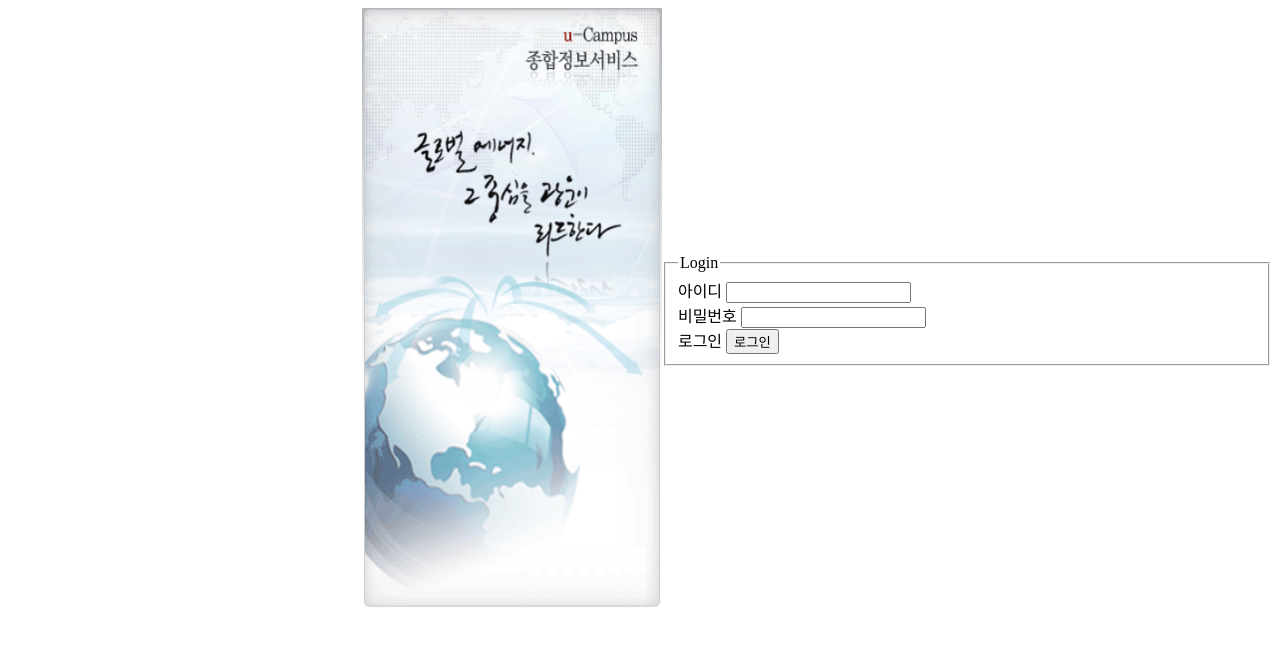
Repository: jungmintaeng/mini-ucampus
Page: ucam/WebContent/Login.html
The author's editor kept a copy of each file at every save. The page is drawn from the files as they stood at one save, then again after the next save.
The browser window is 1280 px wide. The pictures show the whole page.

Above is the page before, as saved 2016-06-11 00:30:17.

### ucam/WebContent/Login.html
<!DOCTYPE html>
<html>
<head>
<meta charset="EUC-KR">
   <title> Ucampus Login </title>
</head>
<body>

<table width = "100%" cellpadding='0' cellspacing='0'>
<tr>
<td align="right"><font size="2"><img
src="images\image_intra01.gif" width ="300" height="600" border ="0">
</font></td>
<td align="left">
  <form action="Login.jsp" method="post">
  <fieldset>
     <legend>Login</legend>
   <label for="id">아이디  </label>
   <input type="text" name="id" title="아이디"/>
   <br>
  <label for="pass">비밀번호</label>
   <input type="password" name="pw" title="비밀번호"/>
   <br>
   <label for="remember"> 로그인</label>
   <input type="submit" value="로그인"/>
 </fieldset>
   </form>
</td>
</tr></table>
</body>
</html>

After the next save:
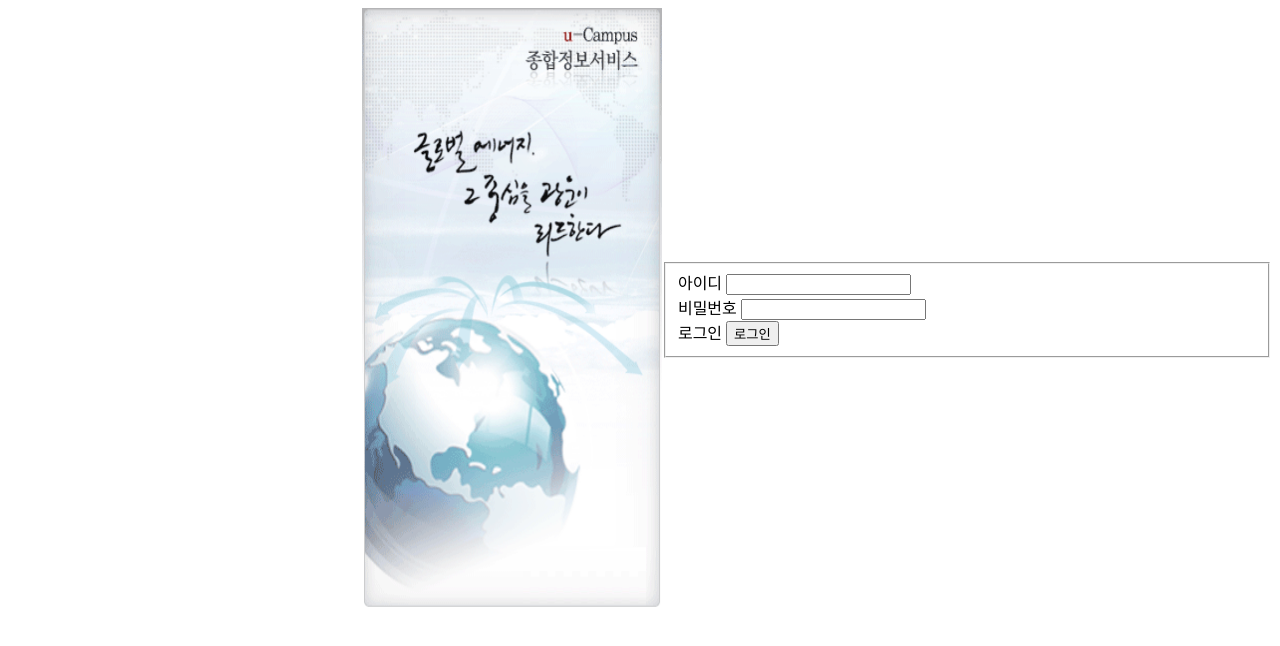
Saved 15 s later.
--- a/ucam/WebContent/Login.html
+++ b/ucam/WebContent/Login.html
@@ -14,7 +14,6 @@
 <td align="left">
   <form action="Login.jsp" method="post">
   <fieldset>
-     <legend>Login</legend>
    <label for="id">아이디  </label>
    <input type="text" name="id" title="아이디"/>
    <br>
